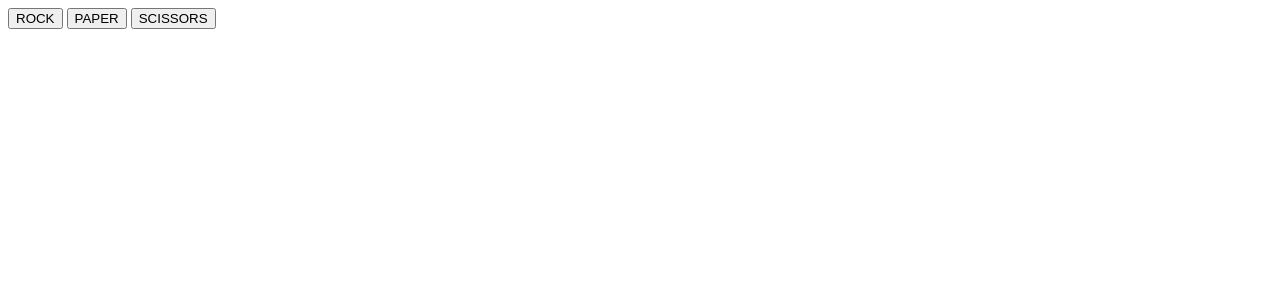
Repository: z1youRA/rock_paper_scissors
Page: index.html
These files come from the project's save history. The page is drawn as it stood at one moment and after the next save; the edit follows.
The browser window is 1280 px wide. The pictures show the whole page.

Above is the page before, as saved 2021-12-14 12:41:58.
Console error: TypeError: Cannot set properties of null (setting 'onclick')

After the next save:
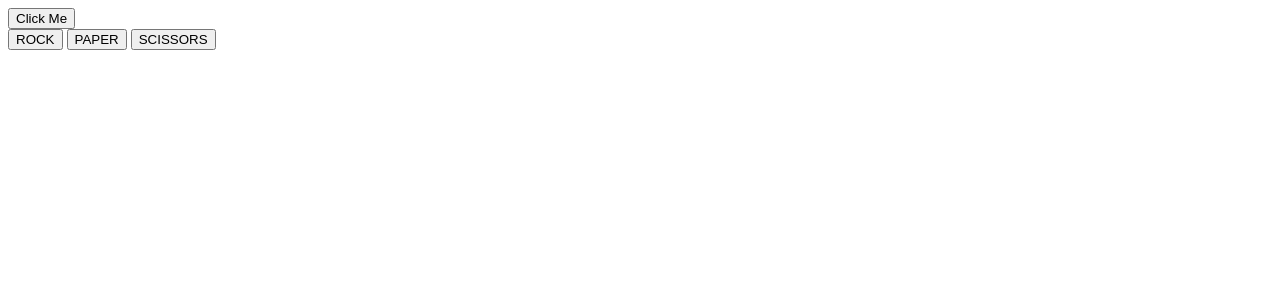
Saved 16 s later.
--- a/index.html
+++ b/index.html
@@ -9,6 +9,7 @@
     </script>
 </head>
 <body>
+    <button id="btn">Click Me</button>
     <div class="container">
         <button id='btn'>ROCK</button>
         <button>PAPER</button>

After the 5 saves that followed:
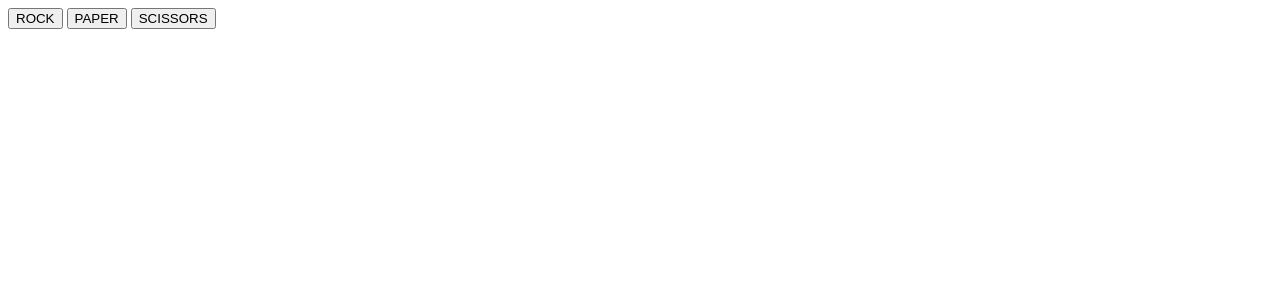
The error is gone.
The 5 saves are shown as one change because 4 left the picture as it was.
The last was saved 3 min 46 s later.
--- a/index.html
+++ b/index.html
@@ -5,15 +5,15 @@
     <meta http-equiv="X-UA-Compatible" content="IE=edge">
     <meta name="viewport" content="width=device-width, initial-scale=1.0">
     <title>ROCK PAPER SCISSORS</title>
-    <script src="rockpaperscissors.js">
-    </script>
+
 </head>
 <body>
-    <button id="btn">Click Me</button>
     <div class="container">
-        <button id='btn'>ROCK</button>
+        <button>ROCK</button>
         <button>PAPER</button>
         <button>SCISSORS</button>
     </div>
 </body>
+<script src="rockpaperscissors.js">
+</script>
 </html>
--- a/rockpaperscissors.js
+++ b/rockpaperscissors.js
@@ -56,5 +56,5 @@ function game() {
 // buttons.forEach(button => {
 //     button.onclick = console.log(button.textContent);
 // });
-const btn = document.querySelector("#btn");
-btn.onclick = () => alert("HELLO");
+const btn = document.querySelector('button');
+btn.onclick = () => console.log('a');
